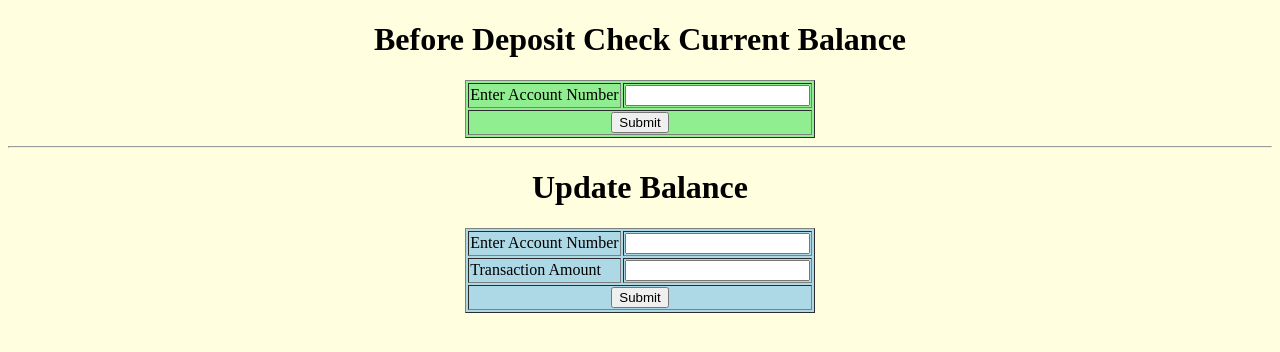
Repository: rukmini10/DXC
Page: DXC_MAVEN/Account/src/main/webapp/deposit.html
An editor plug-in stored every save of this project. The page is shown before and after the next save, followed by the edit.
The browser window is 1280 px wide. The pictures show the whole page.

Above is the page before, as saved 2022-05-06 20:57:51.

### DXC_MAVEN/Account/src/main/webapp/deposit.html
<!DOCTYPE html>
<!--
To change this license header, choose License Headers in Project Properties.
To change this template file, choose Tools | Templates
and open the template in the editor.
-->
<html>
    <head>
        <title>Deposit Amount</title>
        <meta charset="UTF-8">
        <meta name="viewport" content="width=device-width, initial-scale=1.0">
    </head>
    <body bgcolor="lightyellow">
    <center>
        <div>
            <h1>Before Deposit Check Current Balance</h1>
            <form method="post" action="check_balance.jsp">
                <table border="1" bgcolor="lightgreen">
                    <tr>
                        <td><label>Enter Account Number</label></td><td><input type="text" name="ano"></td>
                    </tr>
                    <tr>
                        <td colspan="2" align="center"><input type="submit" value="Submit"></td>
                    </tr>
                </table>
            </form>
        </div>
            <hr>
            <div>
            <h1>Update Balance</h1>
            <form method="post" action="update_account.jsp">
              <table border="1" bgcolor="lightblue">
                  <tr>
                        <td><label>Enter Account Number</label></td><td><input type="text" name="ano"></td></tr>
                    <tr>
                        <td><label>Transaction Amount</label></td><td><input type="text" name="amt"></td>
                    </tr>
                                        <td colspan="2" align="center"><input type="Submit" value="Submit"></td>
                    </tr>
                </table>
            </form>
        </div>
    </center>
    </body>
</html>

After the next save:
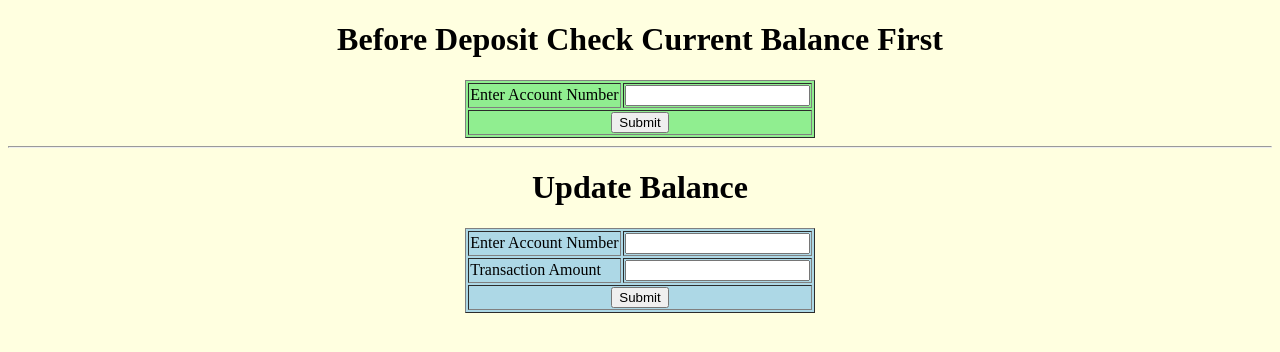
Saved 6 s later.
--- a/DXC_MAVEN/Account/src/main/webapp/deposit.html
+++ b/DXC_MAVEN/Account/src/main/webapp/deposit.html
@@ -13,7 +13,7 @@ and open the template in the editor.
     <body bgcolor="lightyellow">
     <center>
         <div>
-            <h1>Before Deposit Check Current Balance</h1>
+            <h1>Before Deposit Check Current Balance First</h1>
             <form method="post" action="check_balance.jsp">
                 <table border="1" bgcolor="lightgreen">
                     <tr>
